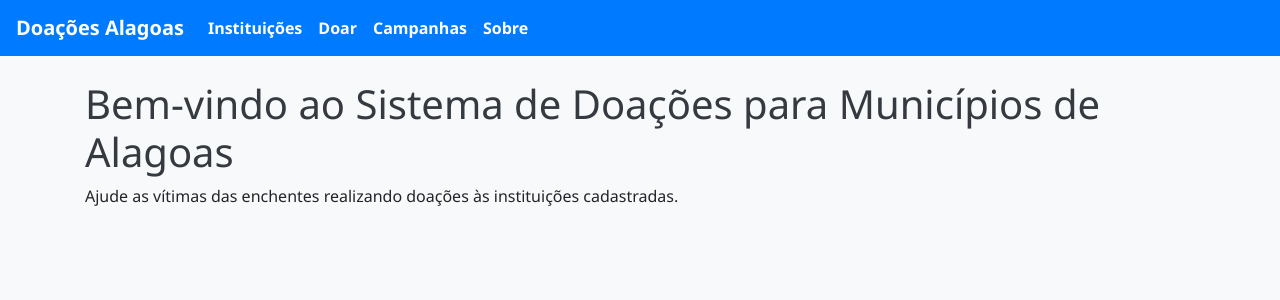
Repository: rafaelcrb/mvp-doacoes-alagoas
Page: http://localhost/
An editor plug-in stored every save of this project. The page is shown before and after the next save, followed by the edit.
The browser window is 1280 px wide. The pictures show the whole page.
The page is served by the project's application, run on Flask 3 (app.py).

Above is the page before, as saved 2025-05-27 07:34:20.

### templates/index.html
{% extends 'base.html' %}

{% block content %}
<h1>Bem-vindo ao Sistema de Doações para Municípios de Alagoas</h1>
<p>Ajude as vítimas das enchentes realizando doações às instituições cadastradas.</p>
{% endblock %}

### templates/base.html
<!DOCTYPE html>
<html lang="pt-BR">
<head>
    <meta charset="UTF-8">
    <title>MVP Doações Alagoas</title>
    <link rel="stylesheet" href="https://stackpath.bootstrapcdn.com/bootstrap/4.5.2/css/bootstrap.min.css">
    <link rel="stylesheet" href="{{ url_for('static', filename='style.css') }}">
    <link rel="stylesheet" href="https://cdnjs.cloudflare.com/ajax/libs/font-awesome/6.4.0/css/all.min.css">
    <script src="https://code.jquery.com/jquery-3.5.1.slim.min.js"></script>
    <script src="https://cdn.jsdelivr.net/npm/bootstrap@4.5.2/dist/js/bootstrap.bundle.min.js"></script>
</head>
<body>

<nav class="navbar navbar-expand-lg navbar-light bg-light">
  <a class="navbar-brand" href="/">Doações Alagoas</a>
  <ul class="navbar-nav">
    <li class="nav-item"><a class="nav-link" href="/instituicoes">Instituições</a></li>
    <li class="nav-item"><a class="nav-link" href="/doar">Doar</a></li>
    <li class="nav-item"><a class="nav-link" href="/campanhas">Campanhas</a></li>
    <li class="nav-item"><a class="nav-link" href="/sobre">Sobre</a></li>
  </ul>
</nav>

<div class="container mt-4">
  {% with messages = get_flashed_messages() %}
    {% if messages %}
      <div class="alert alert-success">
        {{ messages[0] }}
      </div>
    {% endif %}
  {% endwith %}

  {% block content %}{% endblock %}
</div>

<div class="toast" role="alert" aria-live="assertive" aria-atomic="true" data-delay="3000">
  <div class="toast-body">
    Ação realizada com sucesso!
  </div>
</div>

<script>
  $(document).ready(function(){
    $('.toast').toast('show');
  });
</script>

</body>
</html>

### app.py
from flask import Flask, render_template, request, redirect
from flask import flash
import sqlite3

app = Flask(__name__)


# Banco de dados
def init_db():
    conn = sqlite3.connect('database.db')
    c = conn.cursor()
    c.execute('''CREATE TABLE IF NOT EXISTS instituicoes (
                    id INTEGER PRIMARY KEY,
                    nome TEXT,
                    cidade TEXT,
                    necessidade TEXT)''')
    c.execute('''CREATE TABLE IF NOT EXISTS doacoes (
                    id INTEGER PRIMARY KEY,
                    nome TEXT,
                    contato TEXT,
                    item TEXT)''')
    conn.commit()
    conn.close()

init_db()

@app.route('/')
def index():
    return render_template('index.html')

@app.route('/instituicoes', methods=['GET', 'POST'])
def instituicoes():
    conn = sqlite3.connect('database.db')
    c = conn.cursor()

    if request.method == 'POST':
        nome = request.form['nome']
        cidade = request.form['cidade']
        necessidade = request.form['necessidade']
        c.execute("INSERT INTO instituicoes (nome, cidade, necessidade) VALUES (?, ?, ?)",
                  (nome, cidade, necessidade))
        conn.commit()

    c.execute("SELECT * FROM instituicoes")
    instituicoes = c.fetchall()
    conn.close()
    return render_template('instituicoes.html', instituicoes=instituicoes)

@app.route('/doadores')
def doadores():
    conn = sqlite3.connect('database.db')
    c = conn.cursor()
    c.execute("SELECT * FROM doacoes")
    doadores = c.fetchall()
    conn.close()
    return render_template('doadores.html', doadores=doadores)



@app.route('/doar', methods=['GET', 'POST'])
def doar():
    if request.method == 'POST':
        nome = request.form['nome']
        contato = request.form['contato']
        item = request.form['item']
        conn = sqlite3.connect('database.db')
        c = conn.cursor()
        c.execute("INSERT INTO doacoes (nome, contato, item) VALUES (?, ?, ?)",
                  (nome, contato, item))
        conn.commit()
        conn.close()
        return redirect('/')

    return render_template('doar.html')

@app.route('/campanhas')
def campanhas():
    campanhas = [
        {'nome': 'Campanha Alagoas Solidária', 'descricao': 'Ajude as vítimas das enchentes.'},
        {'nome': 'Doação de água e mantimentos', 'descricao': 'Itens mais necessários: água, alimentos não perecíveis, roupas.'}
    ]
    return render_template('campanhas.html', campanhas=campanhas)

@app.route('/sobre')
def sobre():
    return render_template('sobre.html')

if __name__ == '__main__':
    app.run(debug=True)

### static/style.css
body {
    background-color: #f4f6f9;
    font-family: 'Segoe UI', Tahoma, Geneva, Verdana, sans-serif;
}

.navbar {
    background-color: #007bff !important;
}

.nav-link, .navbar-brand {
    color: white !important;
    font-weight: bold;
}

.container {
    margin-top: 30px;
}

h1, h2, h3 {
    color: #343a40;
}

.card {
    box-shadow: 0 4px 8px rgba(0,0,0,0.1);
    border-radius: 10px;
}

.card-title {
    font-size: 1.25rem;
    font-weight: bold;
}

.form-group label {
    font-weight: bold;
}

.btn-primary {
    background-color: #007bff;
    border: none;
}

.btn-primary:hover {
    background-color: #0056b3;
}

.table {
    background-color: white;
    border-radius: 8px;
    overflow: hidden;
}

footer {
    margin-top: 50px;
    padding: 20px;
    text-align: center;
    background-color: #007bff;
    color: white;
}

body {
    background-color: #f8f9fa;
    font-family: 'Segoe UI', Tahoma, Geneva, Verdana, sans-serif;
}

.navbar {
    background-color: #007bff !important;
}

.card {
    transition: transform 0.2s;
}

.card:hover {
    transform: scale(1.05);
}

.btn-primary {
    background-color: #007bff;
    border: none;
}

.btn-primary:hover {
    background-color: #0056b3;
}

After the next save:
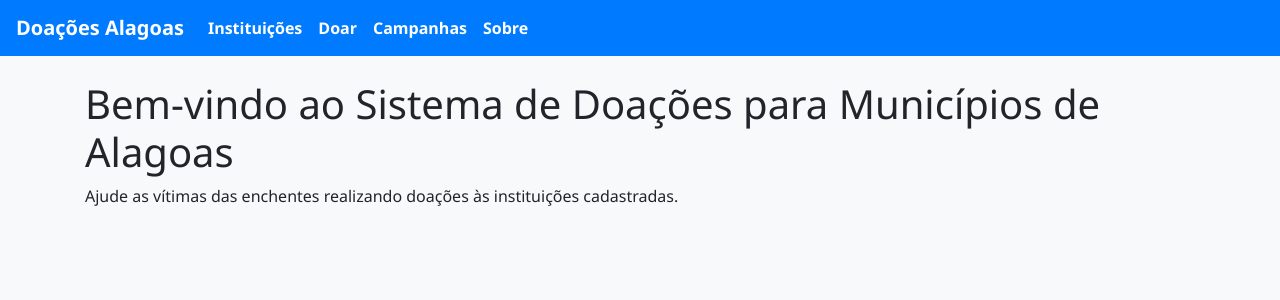
Saved 9 s later.
--- a/static/style.css
+++ b/static/style.css
@@ -1,62 +1,3 @@
-body {
-    background-color: #f4f6f9;
-    font-family: 'Segoe UI', Tahoma, Geneva, Verdana, sans-serif;
-}
-
-.navbar {
-    background-color: #007bff !important;
-}
-
-.nav-link, .navbar-brand {
-    color: white !important;
-    font-weight: bold;
-}
-
-.container {
-    margin-top: 30px;
-}
-
-h1, h2, h3 {
-    color: #343a40;
-}
-
-.card {
-    box-shadow: 0 4px 8px rgba(0,0,0,0.1);
-    border-radius: 10px;
-}
-
-.card-title {
-    font-size: 1.25rem;
-    font-weight: bold;
-}
-
-.form-group label {
-    font-weight: bold;
-}
-
-.btn-primary {
-    background-color: #007bff;
-    border: none;
-}
-
-.btn-primary:hover {
-    background-color: #0056b3;
-}
-
-.table {
-    background-color: white;
-    border-radius: 8px;
-    overflow: hidden;
-}
-
-footer {
-    margin-top: 50px;
-    padding: 20px;
-    text-align: center;
-    background-color: #007bff;
-    color: white;
-}
-
 body {
     background-color: #f8f9fa;
     font-family: 'Segoe UI', Tahoma, Geneva, Verdana, sans-serif;
@@ -66,8 +7,13 @@ body {
     background-color: #007bff !important;
 }
 
+.navbar a {
+    color: white !important;
+    font-weight: bold;
+}
+
 .card {
-    transition: transform 0.2s;
+    transition: transform 0.2s ease-in-out;
 }
 
 .card:hover {
@@ -82,3 +28,13 @@ body {
 .btn-primary:hover {
     background-color: #0056b3;
 }
+
+.badge-warning {
+    background-color: #ffc107;
+}
+
+.toast {
+    position: fixed;
+    top: 20px;
+    right: 20px;
+}
